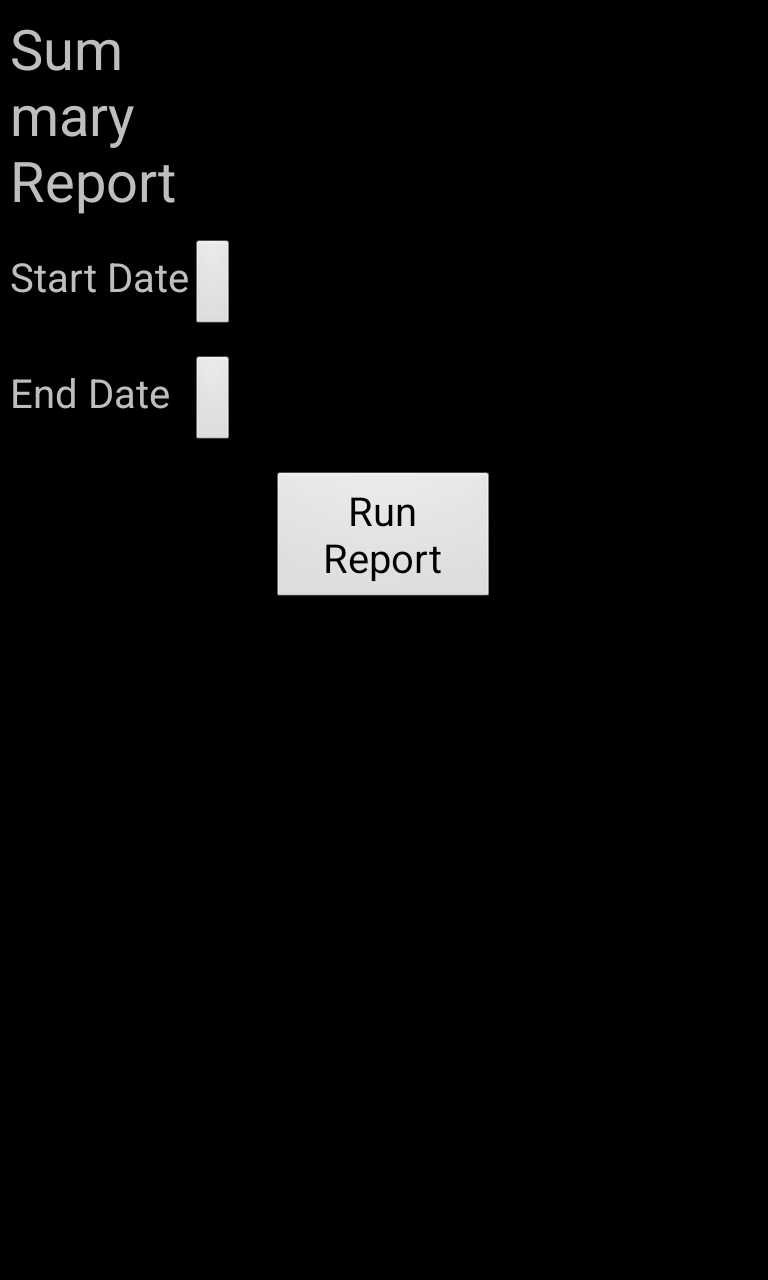
Repository: dillonyoung/CPD4493
Layout: TraCare/res/layout/summary.xml
The author's editor kept a copy of each file at every save. The layout is drawn from the files as they stood at one save, then again after the next save.
It is drawn on a 768 x 1280 px phone screen (xhdpi) without system bars, with theme android:Theme.Black; the app's code is not run.

Above is the layout before, as saved 2013-04-10 23:23:50.

After the next save:
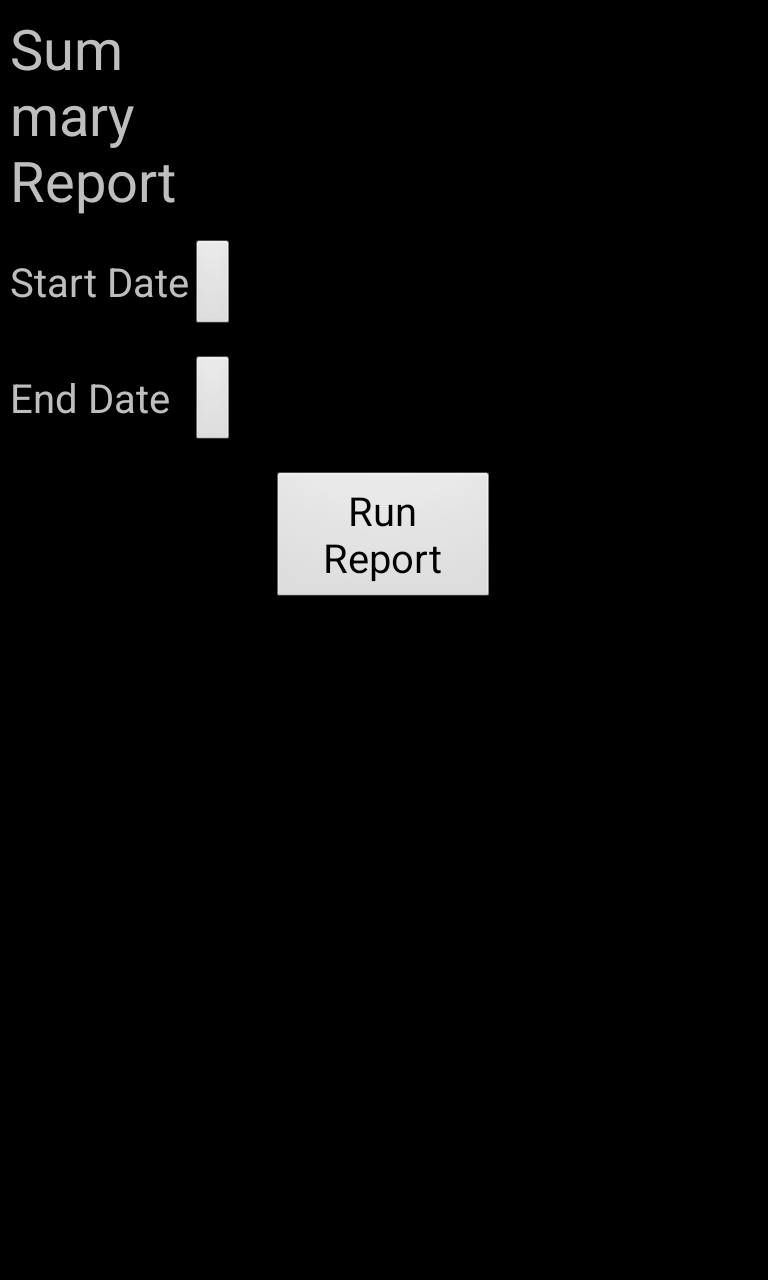
Saved 65 s later.
--- a/TraCare/res/layout/summary.xml
+++ b/TraCare/res/layout/summary.xml
@@ -40,7 +40,8 @@
                 android:id="@+id/btnStartDate"
                 android:layout_width="wrap_content"
                 android:layout_height="wrap_content"
-                android:text="@string/blank" />
+                android:text="@string/blank"
+                style="@style/button" />
         </TableRow>
 
         <TableRow
@@ -60,7 +61,8 @@
                 android:id="@+id/btnEndDate"
                 android:layout_width="fill_parent"
                 android:layout_height="wrap_content"
-                android:text="@string/blank" />
+                android:text="@string/blank"
+                style="@style/button" />
         </TableRow>
 
         <TableRow
